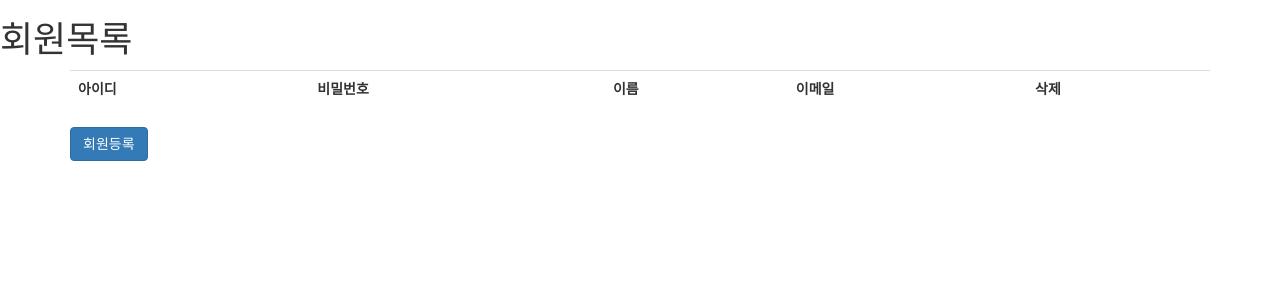
Repository: juhee1020/studying
Page: http://localhost/jsp02_database/jsp01_connect/jsp05_listMember.jsp
An editor plug-in stored every save of this project. The page is shown before and after the next save, followed by the edit.
The browser window is 1280 px wide. The pictures show the whole page.
The page is served by Tomcat 9. Queries for data that is not in the repository find no rows.

Above is the page before, as saved 2022-12-15 04:57:59.

After the next save:
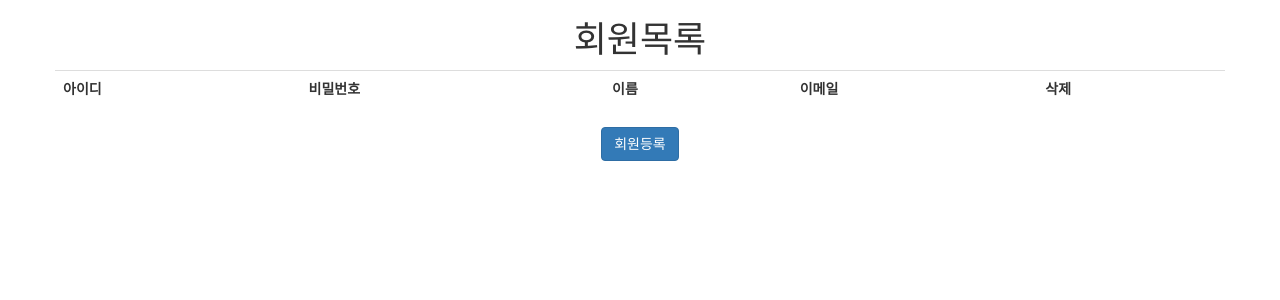
Saved 95 s later.
--- a/JSP/jsp02_database/WebContent/jsp01_connect/jsp05_listMember.jsp
+++ b/JSP/jsp02_database/WebContent/jsp01_connect/jsp05_listMember.jsp
@@ -1,79 +1,84 @@
-<%@page import="java.util.*"%>
-<%@page import="java.sql.PreparedStatement"%>
+<%@page import="java.sql.ResultSet"%>
 <%@page import="java.sql.DriverManager"%>
 <%@page import="java.sql.Statement"%>
-<%@page import="java.sql.ResultSet"%>
 <%@page import="java.sql.Connection"%>
 <%@page language="java" contentType="text/html; charset=UTF-8" pageEncoding="UTF-8"%>
 <%@taglib prefix="c" uri="http://java.sun.com/jsp/jstl/core"%>
-
 <!DOCTYPE html>
 <html>
 <head>
-<meta charset="UTF-8">
-<meta name="viewport" content="width=device-width, initial-scale=1, minimum-scale=1, maximum-scale=1">
-<link rel="stylesheet" href="https://maxcdn.bootstrapcdn.com/bootstrap/3.4.1/css/bootstrap.min.css">
-<script src="https://ajax.googleapis.com/ajax/libs/jquery/3.6.0/jquery.min.js"></script>
-<script src="https://maxcdn.bootstrapcdn.com/bootstrap/3.4.1/js/bootstrap.min.js"></script>
+    <meta charset="UTF-8">
+	<meta name="viewport" content="width=device-width, initial-scale=1, minimum-scale=1, maximum-scale=1">
+  	<link rel="stylesheet" href="https://maxcdn.bootstrapcdn.com/bootstrap/3.4.1/css/bootstrap.min.css">
+  	<script src="https://ajax.googleapis.com/ajax/libs/jquery/3.6.0/jquery.min.js"></script>
+  	<script src="https://maxcdn.bootstrapcdn.com/bootstrap/3.4.1/js/bootstrap.min.js"></script>
 </head>
 <body>
-	<h1>회원목록</h1>
-	<div class="container">
-	<table class="table table-boarded table-hover">
-		<tr>
-			<th>아이디</th>
-			<th>비밀번호</th>
-			<th>이름</th>
-			<th>이메일</th>
-			<th>삭제</th>
-		</tr>
-<%
-//내가 쳐본 코드
+	<div class="container" align="center">
 
-Class.forName("org.mariadb.jdbc.Driver");
-Connection conn=null;
-PreparedStatement pstmt=null;
-ResultSet rs=null;
+		<h1>회원목록</h1>
 
-String URL="jdbc:mariadb://localhost:3306/jspstudy";
-String USR="root";
-String PWD="12345";
-String sql="select * from member";
+		<div class="row">
 
-try{
-	conn=DriverManager.getConnection(URL,USR,PWD);
-	pstmt=conn.prepareStatement(sql);
-	rs=pstmt.executeQuery();
+			<table class="table table-boarded table-hover">
 
-	while(rs.next()){
-		String id=rs.getString("id");
-		String pw=rs.getString("password");
-		String name=rs.getString("name");
-		String email=rs.getString("email");
-		%>
-	<tr>
-		<td><%= id %></td>
-		<td><%= pw %></td>
-		<td><%= name %></td>
-		<td><%= email %></td>
-		<td>삭제</td>
-	</tr>
+				<tr>
+					<th>아이디</th>
+					<th>비밀번호</th>
+					<th>이름</th>
+					<th>이메일</th>
+					<th>삭제</th>
+				</tr>
+				<%
+					Class.forName("org.mariadb.jdbc.Driver");
+				    Connection conn = null;
+				    Statement stmt = null;
+				    ResultSet rs = null;
 
-<%
-	}
-}catch(Exception e){
-	e.printStackTrace();
-	}finally{
-	try{
-		if(conn!=null){conn.close();}
-		if(pstmt!=null){pstmt.close();}
-	}catch(Exception e){
-		// 더미
-	}
-}
-%>
-	</table>
-	<a href="jsp03_insert.jsp" class="btn btn-primary mt-sm-2">회원등록</a>
+					String url = "jdbc:mariadb://localhost:3306/jspstudy";
+					String usr = "root";
+					String pwd = "12345";
+					String sql = "select * from member order by id";
+
+					try {
+						conn = DriverManager.getConnection(url, usr, pwd);
+						stmt = conn.createStatement();
+						rs = stmt.executeQuery(sql);
+
+						while(rs.next()) {
+
+							String id = rs.getString(1);
+							String pw = rs.getString("password");
+							String name = rs.getString(3);
+							String email = rs.getString(4);
+					%>
+						<tr>
+							<td><a href="jsp02_updateForm.jsp?id=<%=id%>"><%= id %></a></td>
+							<td><%= pw %></td>
+							<td><%= name %></td>
+							<td><%= email %></td>
+							<td><a href="jsp04_deleteForm.jsp?id=<%=id%>" class="btn btn-danger">삭제</a></td>
+						</tr>
+					<%
+						}
+
+					} catch(Exception e) {
+						out.write("<h3 class='bg-danger text-white'>DB접속실패!!!</h3><br>" + e.getMessage());
+					} finally {
+						// 5. close() DB 연결 해제
+						try {
+							if(rs != null) rs.close();
+							if(stmt != null) stmt.close();
+							if(conn != null) conn.close();
+						} catch(Exception e) {
+							// dummy
+						}
+					}
+				%>
+			</table>
+			<a href="jsp03_insertForm.jsp" class="btn btn-primary mt-sm-2">회원등록</a>
+		</div>
+
 	</div>
 </body>
 </html>
